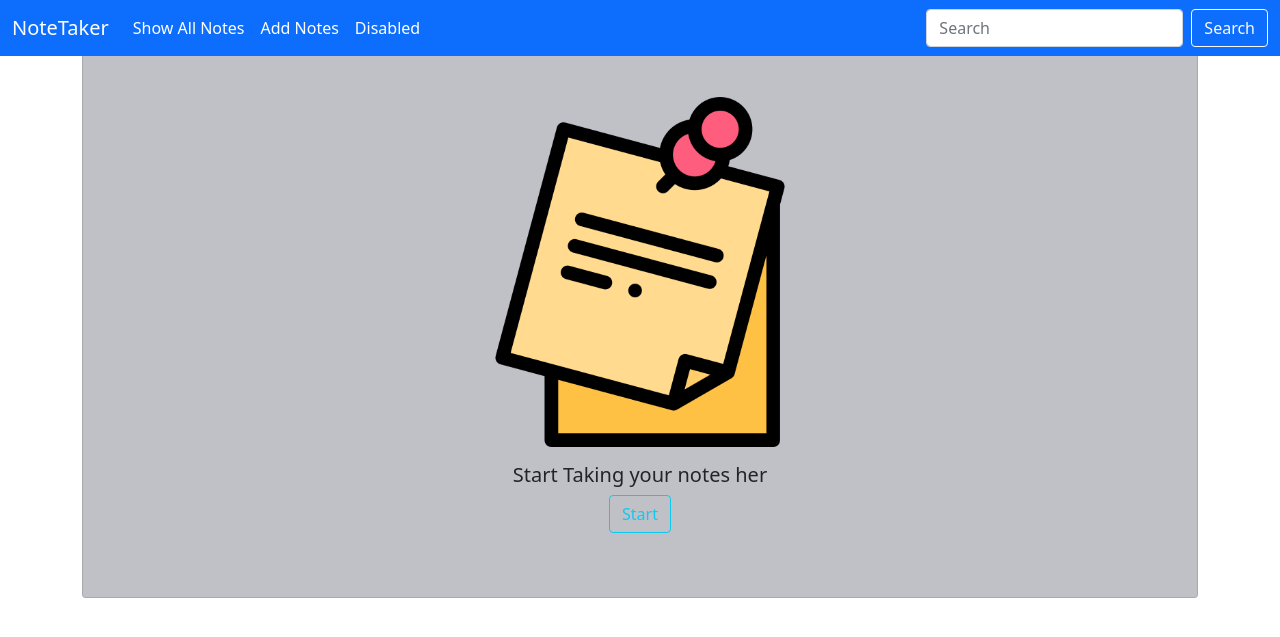
Repository: Shubham-Kumar-cmd/Hibernate
Page: http://localhost/NoteTakerApp/
The author's editor kept a copy of each file at every save. The page is drawn from the files as they stood at one save, then again after the next save.
The browser window is 1280 px wide. The pictures show the whole page.
The page is served by Tomcat 9. Other server files are loaded and not shown.

Above is the page before, as saved 2023-02-08 08:52:59.

### NoteTakerApp/src/main/webapp/index.jsp
<%@ page language="java" contentType="text/html; charset=ISO-8859-1"
	pageEncoding="ISO-8859-1"%>
	<%@include file="header.jsp" %>
<!DOCTYPE html>
<html>
<head>
<meta charset="ISO-8859-1">
<link
	href="https://cdn.jsdelivr.net/npm/bootstrap@5.0.2/dist/css/bootstrap.min.css"
	rel="stylesheet"
	integrity="sha384-EVSTQN3/azprG1Anm3QDgpJLIm9Nao0Yz1ztcQTwFspd3yD65VohhpuuCOmLASjC"
	crossorigin="anonymous">
<title>Header</title>
</head>
<body>

	<div class="container text-center">
		<div class="card my-5 py-5" style="background-color:rgb(192, 193, 199);">
		  <img src="img/sticky-notes.png" style="max-width: 350px;" class="img-fluid mx-auto" alt="...">
		  <div class="card-body">
		    <h5 class="card-title">Start Taking your notes her</h5>
		    <a href="addNotes.jsp" class="btn btn-outline-info">Start</a>
		  </div>
		</div>
	</div>

</body>
</html>

### NoteTakerApp/src/main/webapp/header.jsp
<%@ page language="java" contentType="text/html; charset=ISO-8859-1"
	pageEncoding="ISO-8859-1"%>
<!DOCTYPE html>
<html>
<head>
<meta charset="ISO-8859-1">
<link
	href="https://cdn.jsdelivr.net/npm/bootstrap@5.0.2/dist/css/bootstrap.min.css"
	rel="stylesheet"
	integrity="sha384-EVSTQN3/azprG1Anm3QDgpJLIm9Nao0Yz1ztcQTwFspd3yD65VohhpuuCOmLASjC"
	crossorigin="anonymous">
<title>Header</title>
</head>
<body>
	<nav class="navbar navbar-expand-lg navbar-primary bg-primary fixed-top">
		<div class="container-fluid">
			<a class="navbar-brand text-white" href="index.jsp">NoteTaker</a>

			<div class="collapse navbar-collapse" id="navbarSupportedContent">
				<ul class="navbar-nav me-auto mb-2 mb-lg-0">
					<li class="nav-item"><a class="nav-link active text-white"
						aria-current="page" href="showAllNotes.jsp">Show All Notes</a></li>
					<li class="nav-item"><a class="nav-link text-white" href="addNotes.jsp">Add Notes</a></li>

					<li class="nav-item"><a class="nav-link text-white" href="#"
						tabindex="-1" aria-disabled="false">Disabled</a></li>
				</ul>
				<form class="d-flex">
					<input class="form-control me-2" type="search" placeholder="Search"
						aria-label="Search">
					<button class="btn btn-outline-light" type="submit">Search</button>
				</form>
			</div>
		</div>
	</nav>
</body>
</html>

After the next save:
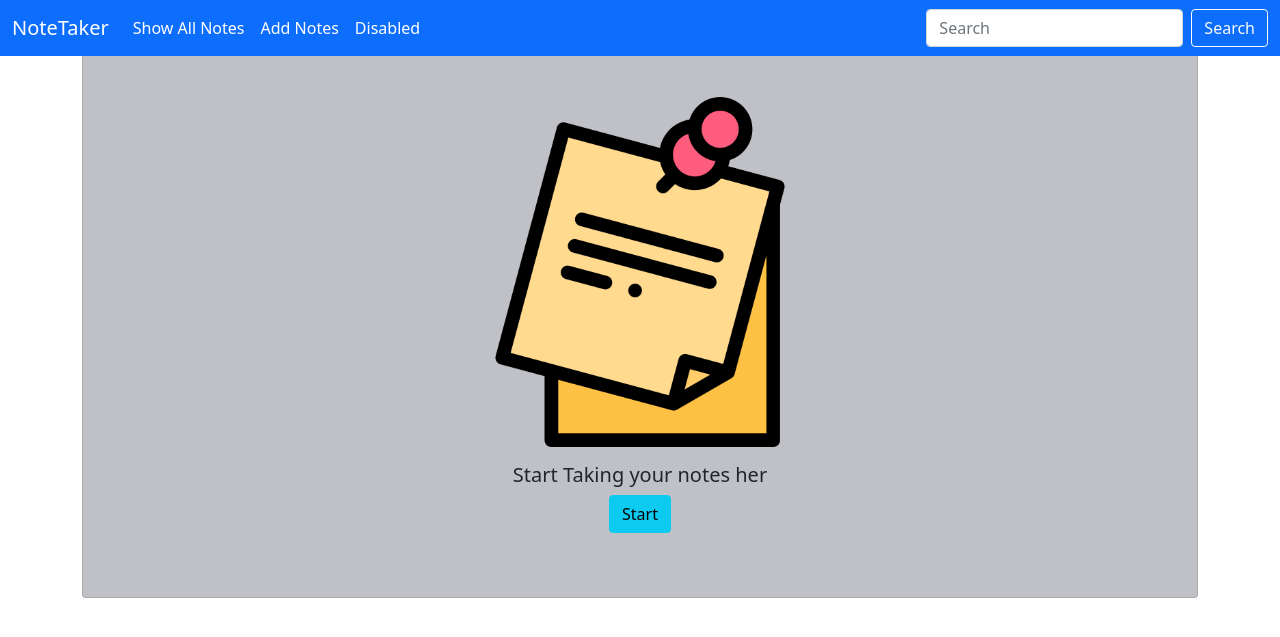
Saved 90 s later.
--- a/NoteTakerApp/src/main/webapp/index.jsp
+++ b/NoteTakerApp/src/main/webapp/index.jsp
@@ -19,7 +19,7 @@
 		  <img src="img/sticky-notes.png" style="max-width: 350px;" class="img-fluid mx-auto" alt="...">
 		  <div class="card-body">
 		    <h5 class="card-title">Start Taking your notes her</h5>
-		    <a href="addNotes.jsp" class="btn btn-outline-info">Start</a>
+		    <a href="addNotes.jsp" class="btn btn-info">Start</a>
 		  </div>
 		</div>
 	</div>
